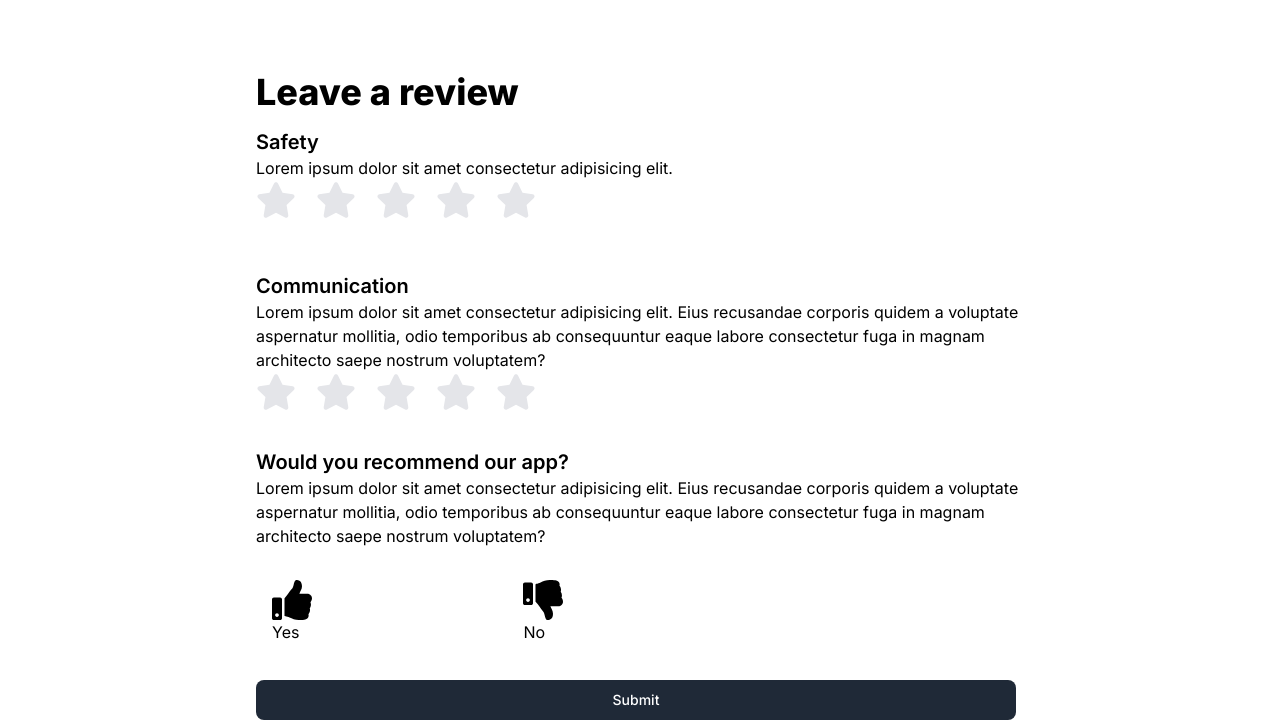
Repository: akankshaajoshi/review-form
Page: /review
An editor plug-in stored every save of this project. The page is shown before and after the next save, followed by the edit.
The browser window is 1280 px wide. The pictures show the whole page.
The project was rebuilt for these pictures with package versions that can differ from the ones it lists, and the page was loaded fresh each time. The framework's server and built-in components were replaced by stand-ins that run in the browser. Also part of the build but not shown: next.config.mjs.

Above is the page before, as saved 2024-05-25 13:53:59.

### app/(routes)/review/page.tsx
'use client'

import { useFormState, useFormStatus } from "react-dom";
import {createReview} from "@/app/actions"
import StarRating from "./../../_components/StarRatings"
import TrueOrFalse from './../../_components/TrueOrFalse'

const initialState = {
    message: "",
    type: "",
}

function SubmitButton(){
    const {pending} = useFormStatus();
    return (
        <button type="submit" className="text-white bg-gray-800 hover:bg-gray-900 focus:outline-none focus:ring-4 focus:ring-gray-300 font-medium rounded-lg text-sm px-5 py-2.5 me-2 mb-2 dark:bg-gray-800 dark:hover:bg-gray-700 dark:focus:ring-gray-700 dark:border-gray-700" aria-disabled={pending}>
            Submit
        </button>
    )
}

export default function Review(){
    const ratings = [1, 2, 3, 4, 5];
    const [state, formAction] = useFormState(createReview, initialState);
    return (
        <div className="flex flex-col items-center w-[100vw] h-[100vh]">
            <div className="flex flex-col gap-y-4 items-left mt-[10vh] h-[80vh] w-[60vw]">
            <h2 className="text-4xl font-extrabold">Leave a review</h2>
            {state?.type === "success" && <p className="text-lg p-2 text-white rounded-md bg-green-500">{state?.message}</p>}
            {state?.type === "error" && <p className="text-lg p-2 text-white rounded-md bg-red-500">{state?.message}</p>}
            <form action={formAction} className="flex flex-col lg:gap-y-[20px] sm:gap-y-[30px]">
                <fieldset className="pb-4 sm:pb-8">
                    <label htmlFor="safety" className="text-xl font-semibold">Safety</label>
                    <p>Lorem ipsum dolor sit amet consectetur adipisicing elit. </p>
                    <StarRating name="safety"/>
                </fieldset>
                <fieldset className='pb-4'>
                    <label htmlFor="communication" className="text-xl font-semibold">Communication</label>
                    <p>Lorem ipsum dolor sit amet consectetur adipisicing elit. Eius recusandae corporis quidem a voluptate aspernatur mollitia, odio temporibus ab consequuntur eaque labore consectetur fuga in magnam architecto saepe nostrum voluptatem?</p>
                    <StarRating name="communication"/>
                </fieldset>
                <fieldset>
                    <label htmlFor="recommend" className="text-xl font-semibold">Would you recommend our app? </label>
                    <p>Lorem ipsum dolor sit amet consectetur adipisicing elit. Eius recusandae corporis quidem a voluptate aspernatur mollitia, odio temporibus ab consequuntur eaque labore consectetur fuga in magnam architecto saepe nostrum voluptatem?</p>
                    <TrueOrFalse name="recommend"/>
                </fieldset>
                <SubmitButton/>
            </form>
            </div>
        </div>
    )
}

### app/actions.tsx
'use server'

import {revalidatePath} from "next/cache";
import {sql} from "@vercel/postgres"
import {z} from 'zod'
// CREATE TABLE reviews (
//     id SERIAL PRIMARY KEY,
//      safety INTEGER NOT NULL,
//     communication INTEGER NOT NULL,
//      recommend VARCHAR(5) NOT NULL );
export async function createReview(prevState: {message: string, type: string}, formData: FormData){

    const schema = z.object({
        safety: z.number(),
        communication: z.number(),
        recommend: z.string(),
    })
    const parse = schema.safeParse({
        safety: Number(formData.get('safety')),
        communication: Number(formData.get('communication')),
        recommend: formData.get('recommend'),
    })

    if (!parse.success) {
        console.log("incorrect parse")
        return { message: "Failed to create review", type: "error" };
      }

    const data = parse.data

    try{
        await sql`
        INSERT INTO reviews(safety, communication, recommend) VALUES (${data.safety}, ${data.communication}, ${data.recommend})
        `
        // revalidatePath('/reviews/' )
        return {message: `Added review successfully.`, type: "success"}
    }catch(err){
        console.log(err)
        return {message: `Failed to add review.`, type: "error"}
    }
}

### app/_components/StarRatings/index.tsx
import {FaStar} from "react-icons/fa"
import React, { useState } from "react";

interface StarProps {
  name: string;
};

const Index : React.FC<StarProps> = ({name}) => {
  const [rating , setRating] = useState<number>(0);
  const [hover, setHover] = useState<number>(0);
  return (
    <div className="flex flex-row lg:gap-x-5 sm:gap-x-3">
      {[...Array(5)].map((star, index) =>{
        const currentRating: number = index+1;
        return (
          <label key={index}>
            <input type="radio" name={name}
            className="hidden"
            value={index+1}
            onClick={()=>setRating(currentRating)}>
            </input>
            <FaStar className="star" size={40} color={currentRating <= (hover || rating) ? "#ffc107" : "#e4e5e9"}
            onMouseEnter={()=>setHover(currentRating)}
            onMouseLeave={()=>setHover(0)}
            ></FaStar>
          </label>
        )
      })}
    </div>
  )
}

export default Index

### app/_components/TrueOrFalse/index.tsx
import { FaThumbsDown, FaThumbsUp } from "react-icons/fa";
import { useState } from "react";

interface TrueOrFalseProps {
    name: string;
}

const TrueOrFalse : React.FC<TrueOrFalseProps> = ({name}) =>{
    const [selected, setSelected] = useState<string>("");
    return (
        <div className="flex flex-row gap-x-4 pt-4">
          <label className={`w-[30%] rounded-md mr-[5px] p-4 bg-${selected==='true'?  "green": "" }-500`}>
            <input type="radio" name={name}
            className="hidden"
            value="true"
            onClick={()=>setSelected("true")}
            >
            </input>
            <FaThumbsUp size={40}
            ></FaThumbsUp>
            Yes
          </label>
          <label className={`w-[30%] rounded-md mr-[5px] p-4 bg-${selected==='false'?  "red": "" }-500`}>
            <input type="radio" name={name}
            className="hidden"
            value="false"
            onClick={()=>setSelected("false")}>
            </input>
            <FaThumbsDown className="star" size={40}
            ></FaThumbsDown>
            No
          </label>
        </div>
    )
}

export default TrueOrFalse;

Loaded but not shown: app/layout.tsx (common file); app/globals.css (common file); tailwind.config.ts (common file)

After the next save:
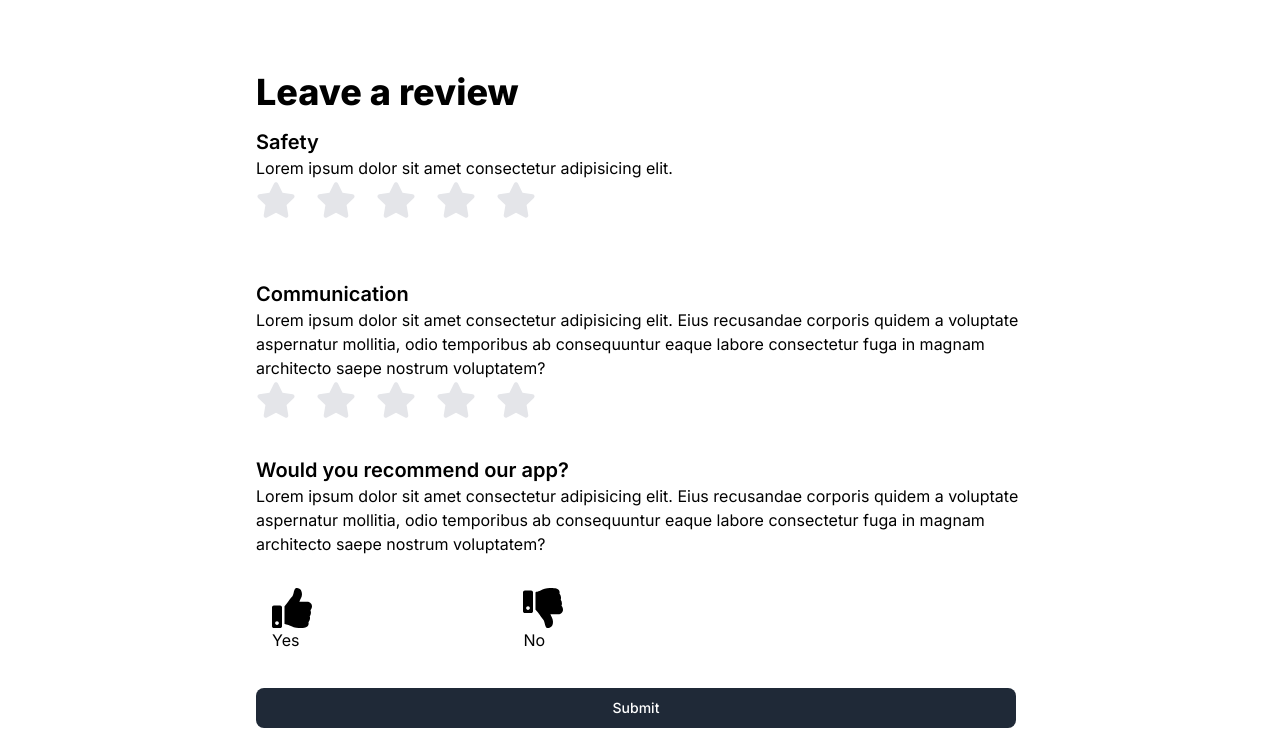
Saved 10 s later.
--- a/app/(routes)/review/page.tsx
+++ b/app/(routes)/review/page.tsx
@@ -29,7 +29,7 @@ export default function Review(){
             {state?.type === "success" && <p className="text-lg p-2 text-white rounded-md bg-green-500">{state?.message}</p>}
             {state?.type === "error" && <p className="text-lg p-2 text-white rounded-md bg-red-500">{state?.message}</p>}
             <form action={formAction} className="flex flex-col lg:gap-y-[20px] sm:gap-y-[30px]">
-                <fieldset className="pb-4 sm:pb-8">
+                <fieldset className="pb-4 sm:pb-[40px]">
                     <label htmlFor="safety" className="text-xl font-semibold">Safety</label>
                     <p>Lorem ipsum dolor sit amet consectetur adipisicing elit. </p>
                     <StarRating name="safety"/>
